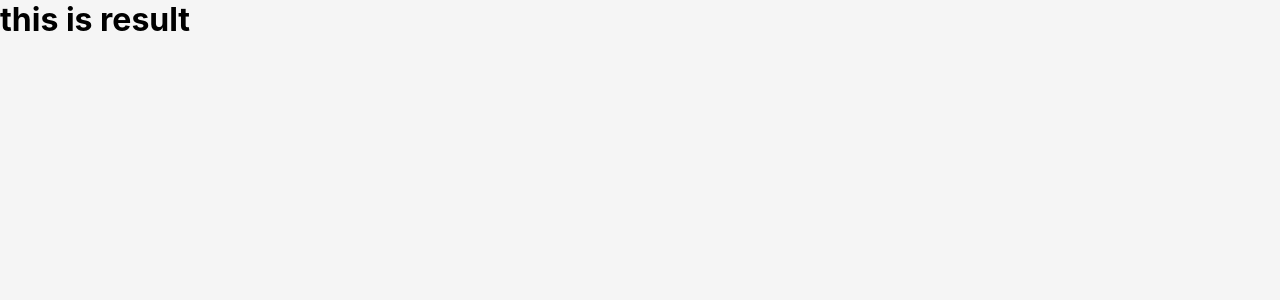
Repository: ehabmelhem/React-Redux--todoapp
Page: /result (app in todoapp/)
The author's editor kept a copy of each file at every save. The page is drawn from the files as they stood at one save, then again after a run of saves.
The browser window is 1280 px wide. The pictures show the whole page.
The project was rebuilt for these pictures with package versions that can differ from the ones it lists, and the page was loaded fresh each time.

Above is the page before, as saved 2021-01-30 18:59:47.

### todoapp/src/index.js
import React from "react";
import ReactDOM from "react-dom";
import "./index.css";
import App from "./App";
import reportWebVitals from "./reportWebVitals";
import { Provider } from "react-redux";
import store from "./redux/store";
ReactDOM.render(
  <React.StrictMode>
    <Provider store={store}>
      <App />
    </Provider>
  </React.StrictMode>,
  document.getElementById("root")
);

// If you want to start measuring performance in your app, pass a function
// to log results (for example: reportWebVitals(console.log))
// or send to an analytics endpoint. Learn more: https://bit.ly/CRA-vitals
reportWebVitals();

### todoapp/src/App.js
import { useState } from "react";
import "./App.css";
import Result from "./Compents/Result";
import IconButton from "@material-ui/core/IconButton";
import AddIcon from "@material-ui/icons/Add";
import { useSelector, useDispatch } from "react-redux";
import { addTodo } from "./redux/action";
import { BrowserRouter as Router, Switch, Route, Link } from "react-router-dom";
function App() {
  const [input, setInput] = useState("");
  const [id, setId] = useState(0);
  const dispatch = useDispatch();
  const todos = useSelector((state) => state.todos.todos);
  const clickhandler = (e) => {
    e.preventDefault();
    dispatch(addTodo(input, id));
    setId(id + 1);
    setInput("");
  };
  return (
    <Router>
      <div className="app">
        <Switch>
          <Route path="/result">
            <Result />
          </Route>
          <Route path="/">
            <div className="container">
              <form className="flex">
                <input
                  value={input}
                  onChange={(e) => {
                    setInput(e.target.value);
                  }}
                  autoFocus
                  placeholder="todoapp..."
                  type="text"
                />
                <IconButton
                  disabled={!input}
                  onClick={clickhandler}
                  type="submit"
                  className={input ? "addbtn" : "st"}
                >
                  <AddIcon />
                </IconButton>
              </form>
              <Link to="/result">
                <button
                  disabled={!todos[0]}
                  className={todos[0] ? "btn" : "stam"}
                >
                  Go to result
                </button>
              </Link>
            </div>
          </Route>
        </Switch>
      </div>
    </Router>
  );
}

export default App;

### todoapp/src/App.css
.addbtn {
  color: lightcoral !important;
}
body {
  background-color: whitesmoke;
}
.container {
  margin-left: 43vw;
  margin-top: 150px;
  width: fit-content;
}
.flex {
  width: fit-content;
  border: 1px solid lightcoral;
  display: flex;
  align-items: center;
  border-radius: 999px;
}
.flex > input {
  margin-left: 10px;
  padding: 7px;
  border: none;
  outline: none;
  background-color: whitesmoke;
}
.btn {
  margin-top: 10px;
  width: 100%;
  height: 30px;
  color: white;
  background-color: lightcoral;
  border: none;
  outline: none;
  border-radius: 999px;
  cursor: pointer;
  transition: transform 150ms ease-in-out;
}
.btn:hover {
  color: lightcoral;
  background-color: whitesmoke;
  border: 1px solid lightcoral;
}
.btn:active {
  transform: scale(0.75);
}
.stam {
  margin-top: 10px;
  width: 100%;
  height: 30px;
  color: white;
  background-color: lightgray;
  border: none;
  outline: none;
  border-radius: 999px;
}

### todoapp/src/Compents/Result.js
import React from "react";
import "./Result";
import { useSelector } from "react-redux";
function Result() {
  const state = useSelector((state) => state);
  console.log(state);
  return (
    <div className="result">
      <h1>this is result</h1>
      {state.todos.todos.map((elm) => (
        <h3>{elm.content}</h3>
      ))}
    </div>
  );
}

export default Result;

### todoapp/src/redux/action.js
import { ADD_TODO } from "./ActionTypes";

export const addTodo = (content, id) => ({
  type: ADD_TODO,
  payload: {
    content,
    id,
  },
});

### todoapp/src/redux/reducers/index.js
import { combineReducers } from "redux";
import todos from "./todo";
export default combineReducers({ todos });

### todoapp/src/redux/ActionTypes.js
export const ADD_TODO = "ATT_TODO";

### todoapp/src/redux/reducers/todo.js
import { ADD_TODO } from "../ActionTypes";
const initialState = {
  todos: [],
};

const todoReducer = (state = initialState, action) => {
  switch (action.type) {
    case ADD_TODO: {
      const { content, id } = action.payload;
      return {
        ...state,
        todos: [...state.todos, { content, id }],
      };
    }
    default:
      return state;
  }
};

export default todoReducer;

Loaded but not shown: todoapp/public/index.html (common file); todoapp/src/index.css (common file); todoapp/src/reportWebVitals.js (common file); todoapp/src/redux/store.js (common file)

After the next 4 saves:
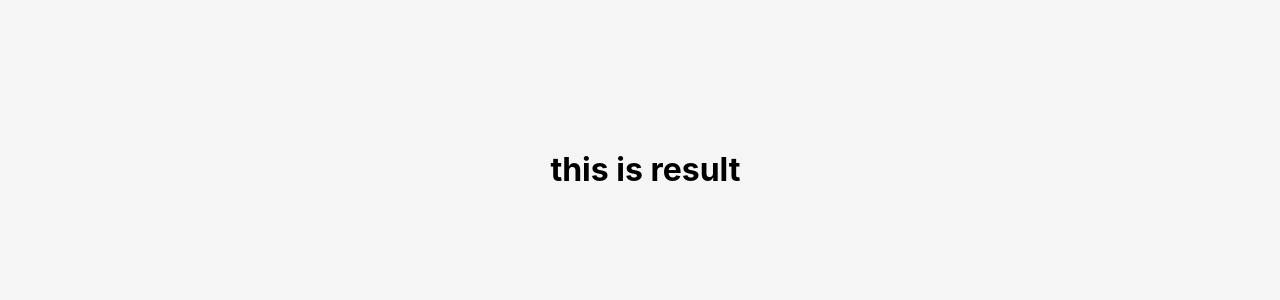
The 4 saves are shown as one change because 1 did not build or start and some came seconds apart.
The last was saved 46 s later.
--- a/todoapp/src/App.js
+++ b/todoapp/src/App.js
@@ -20,12 +20,12 @@ function App() {
   return (
     <Router>
       <div className="app">
-        <Switch>
-          <Route path="/result">
-            <Result />
-          </Route>
-          <Route path="/">
-            <div className="container">
+        <div className="container">
+          <Switch>
+            <Route path="/result">
+              <Result />
+            </Route>
+            <Route path="/">
               <form className="flex">
                 <input
                   value={input}
@@ -53,9 +53,9 @@ function App() {
                   Go to result
                 </button>
               </Link>
-            </div>
-          </Route>
-        </Switch>
+            </Route>
+          </Switch>
+        </div>
       </div>
     </Router>
   );
